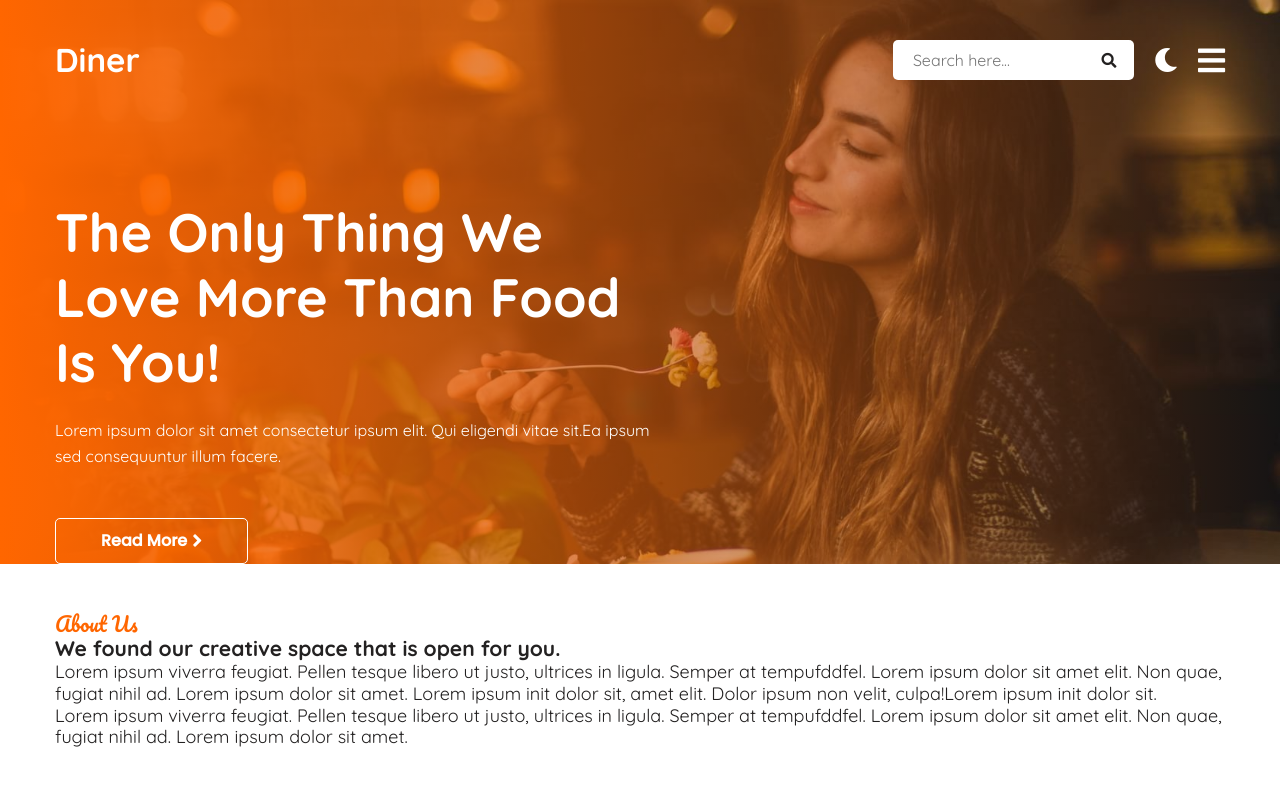
Repository: baobaodeveloper/bootscap21_project_AnhBao_VietToan_VietDuc
Page: index.html
An editor plug-in stored every save of this project. The page is shown before and after the next save, followed by the edit.
The browser window is 1280 px wide. The pictures show the whole page.
Backgrounds fixed to the window are drawn as part of the page.

Above is the page before, as saved 2022-03-03 09:14:13.

### index.html
<!DOCTYPE html>
<html lang="en">
  <head>
    <meta charset="UTF-8" />
    <meta http-equiv="X-UA-Compatible" content="IE=edge" />
    <meta name="viewport" content="width=device-width, initial-scale=1.0" />

    <!-- fontawesome link cdn -->
    <link
      rel="stylesheet"
      href="https://cdnjs.cloudflare.com/ajax/libs/font-awesome/5.15.4/css/all.min.css"
      integrity="sha512-1ycn6IcaQQ40/MKBW2W4Rhis/DbILU74C1vSrLJxCq57o941Ym01SwNsOMqvEBFlcgUa6xLiPY/NS5R+E6ztJQ=="
      crossorigin="anonymous"
      referrerpolicy="no-referrer"
    />

    <!-- font -->
    <link rel="preconnect" href="https://fonts.googleapis.com" />
    <link rel="preconnect" href="https://fonts.gstatic.com" crossorigin />
    <link
      href="https://fonts.googleapis.com/css2?family=Pacifico&family=Poppins:wght@300;400;500&family=Quicksand:wght@300;400;500;600;700&display=swap"
      rel="stylesheet"
    />

    <link rel="stylesheet" href="style.css" />
    <title>Diner</title>
  </head>
  <body>
    <header class="header">
      <div class="header__wrapper container">
        <div class="header__top">
          <a class="header__logo" href="#">Diner</a>

          <div class="header__navbar">
            <form class="navbar__search">
              <input type="search" placeholder="Search here..." id="search" />
              <label for="search" class="fas fa-search"></label>
            </form>

            <div class="mode__container">
              <i class="fas fa-sun" id="dark"></i>
              <i class="fas fa-moon" id="light"></i>
            </div>

            <div class="fa fa-bars" id="menu-button"></div>
          </div>

          <nav class="navbar__list">
            <i class="fas fa-times" id="close-button"></i>
            <a href="#">home</a>
            <a href="#">about</a>
            <a href="#">services</a>
            <a href="#">blogs</a>
            <a href="#">404</a>
            <a href="#">landing page</a>
            <a href="#">contact</a>
            <a href="#">shot codes</a>
            <a href="#">email</a>
          </nav>
        </div>

        <div class="header__content">
          <h2>the only thing we love more than food is you!</h2>
          <p>
            Lorem ipsum dolor sit amet consectetur ipsum elit. Qui eligendi
            vitae sit.Ea ipsum sed consequuntur illum facere.
          </p>
          <a href="#" class="btn"
            >read more <i class="fas fa-angle-right"></i
          ></a>
        </div>
      </div>
    </header>

    <section class="about container pad-med">
      <div class="heading">
        <span>about us</span>
        <h3>We found our creative space that is open for you.</h3>
      </div>

      <div class="text">
        <p>
          Lorem ipsum viverra feugiat. Pellen tesque libero ut justo, ultrices
          in ligula. Semper at tempufddfel. Lorem ipsum dolor sit amet elit. Non
          quae, fugiat nihil ad. Lorem ipsum dolor sit amet. Lorem ipsum init
          dolor sit, amet elit. Dolor ipsum non velit, culpa!Lorem ipsum init
          dolor sit.
        </p>

        <p>
          Lorem ipsum viverra feugiat. Pellen tesque libero ut justo, ultrices
          in ligula. Semper at tempufddfel. Lorem ipsum dolor sit amet elit. Non
          quae, fugiat nihil ad. Lorem ipsum dolor sit amet.
        </p>
      </div>
    </section>

    <script src="app.js"></script>
  </body>
</html>

### style.css
* {
  padding: 0;
  margin: 0;
  box-sizing: border-box;
}

:root {
  --primary-font: "Quicksand", sans-serif;
  --secondary-font: "Pacifico", cursive;
  --third-font: "Poppins", sans-serif;
  --primary-color: #ff6600;
  --title-color: #232121;
  --white-color: #fff;
  --text-color: #161c2db3;
  --price-color: #ffc600;
}

img {
  display: block;
  max-width: 100%;
}

button,
input {
  display: inline-block;
  border: none;

  font-family: var(--primary-font);
  font-size: 1.6rem;

  outline: none;
}

a {
  display: inline-block;
  text-decoration: none;
}

html {
  font-size: 62.5%;
}

.container {
  max-width: 1200px;
  margin: 0 auto;
  padding: 0 1.5rem;
}

body {
  color: var(--title-color);

  font-family: var(--primary-font);
  font-size: 1.8rem;
  line-height: 1.2;
}

.pad-med {
  padding-top: 4.8rem;
  padding-bottom: 4.8rem;
}

.heading span {
  color: var(--primary-color);

  font-family: var(--secondary-font);
  font-size: 2rem;
  text-transform: capitalize;
}

.btn {
  display: inline-flex;
  align-items: center;
  padding: 1.2rem 4.5rem;
  border-radius: 0.5rem;
  border: 1.5px solid var(--white-color);

  color: var(--white-color);
  background-color: transparent;

  font-family: var(--third-font);
  font-size: 1.6rem;
  text-transform: capitalize;
  font-weight: bold;

  transition: 0.4s linear;
}

.btn i {
  display: inline-block;
  margin-left: 0.5rem;

  font-size: 2rem;
}

.btn:hover {
  background-color: var(--white-color);
  color: var(--primary-color);
}

/* header section starts */
#dark {
  display: none;
}

.header {
  background-image: linear-gradient(to right, #ff6600, hsl(30deg 100% 1% / 20%)),
    url(./image/banner1.jpg);

  background-size: cover;
  background-repeat: no-repeat;
  background-attachment: fixed;

  min-height: 70vh;
}

.header__top {
  display: flex;
  justify-content: space-between;
  padding-top: 4rem;
  padding-bottom: 2rem;
}

.header__logo {
  color: var(--white-color);

  font-size: 3.3rem;
  font-weight: bold;
}

.navbar__search {
  position: relative;
}

.navbar__search input {
  padding: 1rem 5rem 1rem 2rem;

  border-radius: 0.5rem;

  color: var(--text-color);
}

.navbar__search label {
  position: absolute;
  top: 50%;
  right: 2.5rem;

  transform: translate(50%, -50%);

  font-size: 1.5rem;

  cursor: pointer;
}

.header__navbar {
  display: flex;
  justify-content: space-between;
  align-items: center;
  gap: 2rem;
}

.mode__container,
#menu-button {
  color: var(--white-color);

  cursor: pointer;
}

.mode__container {
  font-size: 2.4rem;
}

#menu-button {
  font-size: 3.1rem;
}

.header__content {
  max-width: 60rem;
  margin-top: 10rem;

  color: var(--white-color);
}

.header__content h2 {
  font-size: 5.4rem;

  text-transform: capitalize;
}

.header__content p {
  margin: 2.4rem 0 4.8rem;

  font-size: 1.6rem;
  line-height: 1.6;
}

.navbar__list {
  position: fixed;
  top: 0;
  left: 0;
  width: 100vw;
  height: 100vh;
  z-index: 20;

  display: flex;
  flex-direction: column;
  align-items: center;
  justify-content: center;

  visibility: hidden;
  opacity: 0;
  transform: scale(0.9);

  background-color: rgb(6 3 0 / 77%);

  transition: transform 0.3s, opacity 0.9s, visibility 0s 0.4s;
}

.navbar__list.active {
  visibility: visible;
  opacity: 1;
  transform: scale(1);

  transition: transform 0.4s, opacity 0.4s;
}

.navbar__list a {
  margin: 1.5rem 0;

  color: var(--white-color);

  text-transform: capitalize;
  font-family: var(--third-font);
  font-size: 2rem;
  font-weight: 600;

  transition: 0.2s linear;
}

.navbar__list a:hover {
  color: var(--primary-color);
}

#close-button {
  position: absolute;
  top: 3rem;
  right: 3rem;
  z-index: 25;

  width: 3.5rem;
  height: 3.5rem;
  border-radius: 0.5rem;

  color: var(--white-color);
  background-color: var(--primary-color);

  line-height: 3.5rem;
  text-align: center;
  font-size: 1.6rem;

  cursor: pointer;
}

/* header section ends */

/* about section starts */
/* about section ends */

/* media query */

@media screen and (max-width: 767px) {
  html {
    font-size: 55%;
  }

  .header {
    background-position: center;

    min-height: 50vh;
  }
}

### app.js
const menuBtn = document.getElementById("menu-button");
const navList = document.querySelector(".navbar__list");
const closBtn = document.getElementById("close-button");
menuBtn.addEventListener("click", () => {
  navList.classList.add("active");
});

closBtn.addEventListener("click", () => {
  navList.classList.remove("active");
});

After the next save:
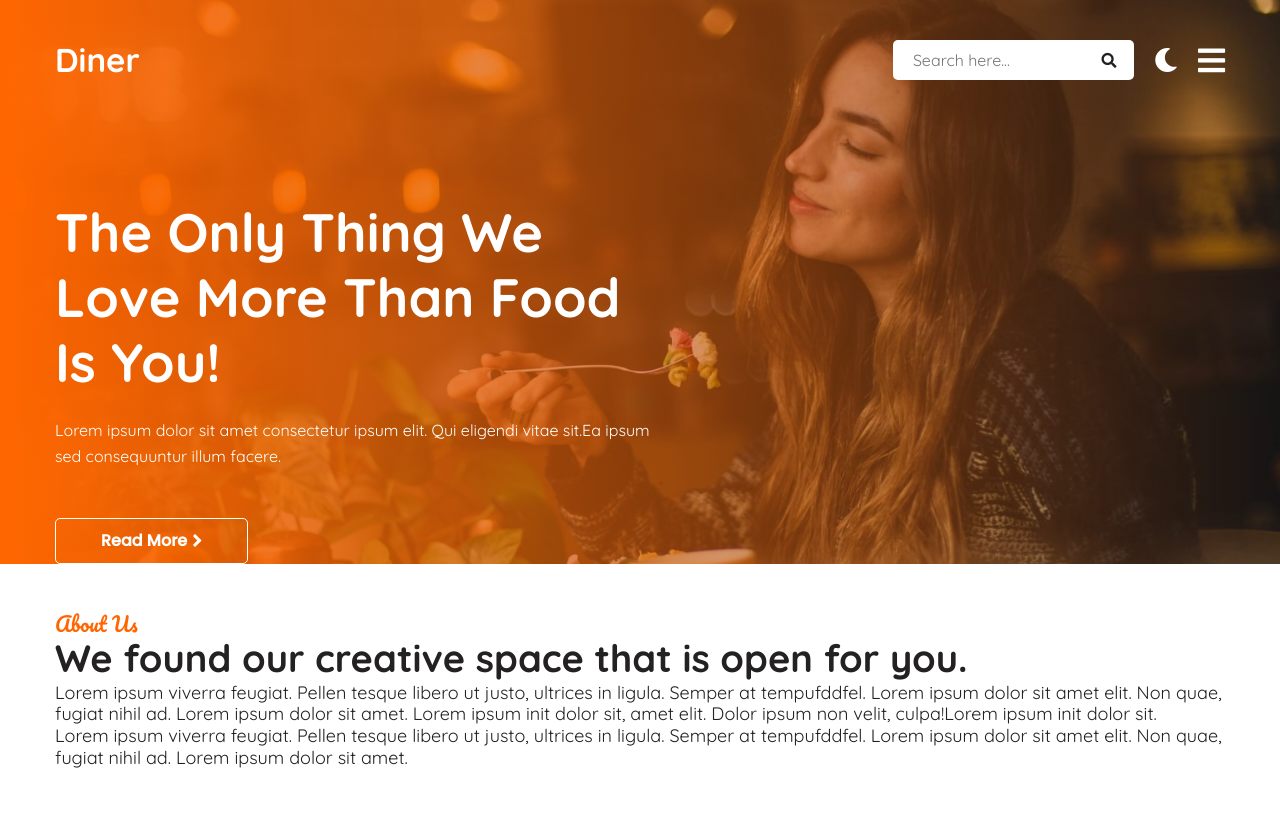
Saved 31 s later.
--- a/style.css
+++ b/style.css
@@ -67,6 +67,10 @@ body {
   text-transform: capitalize;
 }
 
+.heading h3 {
+  font-size: 3.8rem;
+}
+
 .btn {
   display: inline-flex;
   align-items: center;
